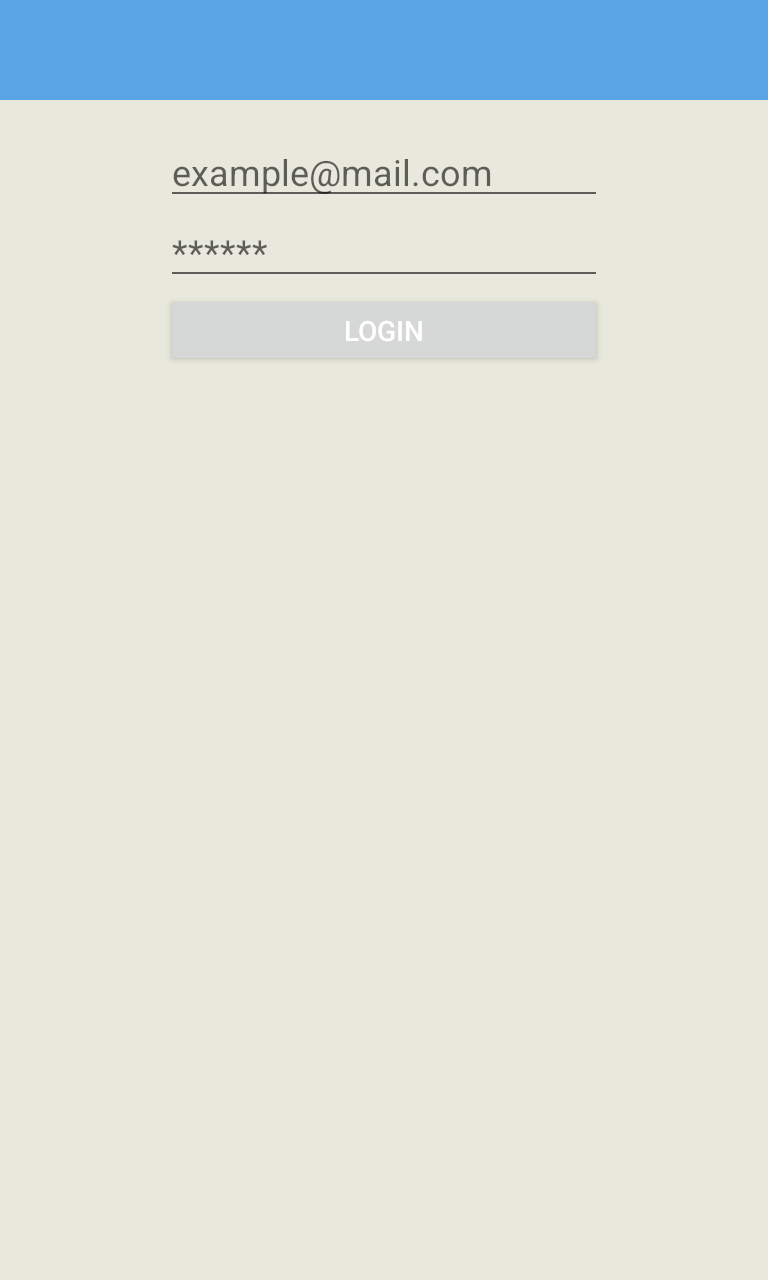
Repository: thomasb101/SYE-PUBapp
Layout: Android/SYE_PUB/res/layout/activity_login.xml
These files come from the project's save history. The layout is drawn as it stood at one moment and after the next save; the edit follows.
It is drawn on a 768 x 1280 px phone screen (xhdpi) without system bars, with theme AppTheme; the app's code is not run. The app's manifest (not shown) leaves right-to-left support off. So textAlignment, textDirection and layoutDirection are ignored, and left and right values win over start and end ones.

Above is the layout before, as saved 2014-10-19 21:19:23.

### Android/SYE_PUB/res/layout/activity_login.xml
<LinearLayout xmlns:android="http://schemas.android.com/apk/res/android"
    xmlns:tools="http://schemas.android.com/tools"
    android:layout_width="match_parent"
    android:layout_height="match_parent"
    android:orientation="vertical"
    android:background="#e9e8dd"
    tools:context=".LoginActivity" >
    <ImageView
        android:id="@+id/imageView1"
        android:layout_width="fill_parent"
        android:layout_height="100px"
        android:background="#5ba4e5"
        android:layout_gravity="center"
         />
    <EditText
        android:layout_width="440px"
        android:layout_height="80px"
        android:layout_gravity="center"
        android:layout_marginTop="30px"
        android:id="@+id/email"
        android:hint="example@mail.com"/>
    <EditText
        android:id="@+id/password"
        android:layout_width="440px"
        android:layout_gravity="center"
        android:layout_height="80px"
        android:inputType="textPassword"
        android:hint="******"/>
    <Button
        android:layout_width="440px"
        android:layout_height="80px"
        android:layout_gravity="center"
        android:id="@+id/loginbtn"
        android:textColor="#ffffff"
        android:textAlignment="center"
        android:text="Login"/>

</LinearLayout>

Loaded but not shown: Android/SYE_PUB/res/values/styles.xml (common file); Android/SYE_PUB/res/values-v11/styles.xml (common file); Android/SYE_PUB/res/values-v14/styles.xml (common file)

After the next save:
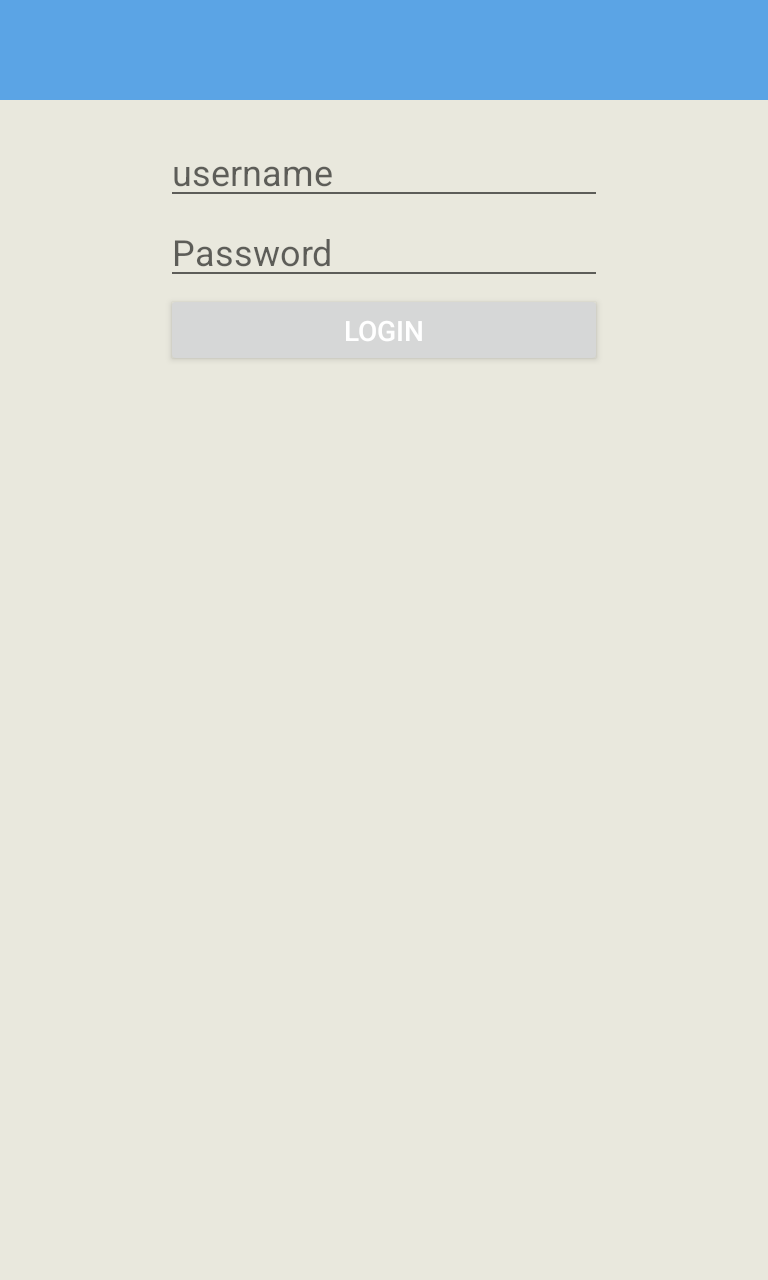
Saved 44 s later.
--- a/Android/SYE_PUB/res/layout/activity_login.xml
+++ b/Android/SYE_PUB/res/layout/activity_login.xml
@@ -18,14 +18,14 @@
         android:layout_gravity="center"
         android:layout_marginTop="30px"
         android:id="@+id/email"
-        android:hint="example@mail.com"/>
+        android:hint="username"/>
     <EditText
         android:id="@+id/password"
         android:layout_width="440px"
         android:layout_gravity="center"
         android:layout_height="80px"
         android:inputType="textPassword"
-        android:hint="******"/>
+        android:hint="Password"/>
     <Button
         android:layout_width="440px"
         android:layout_height="80px"
